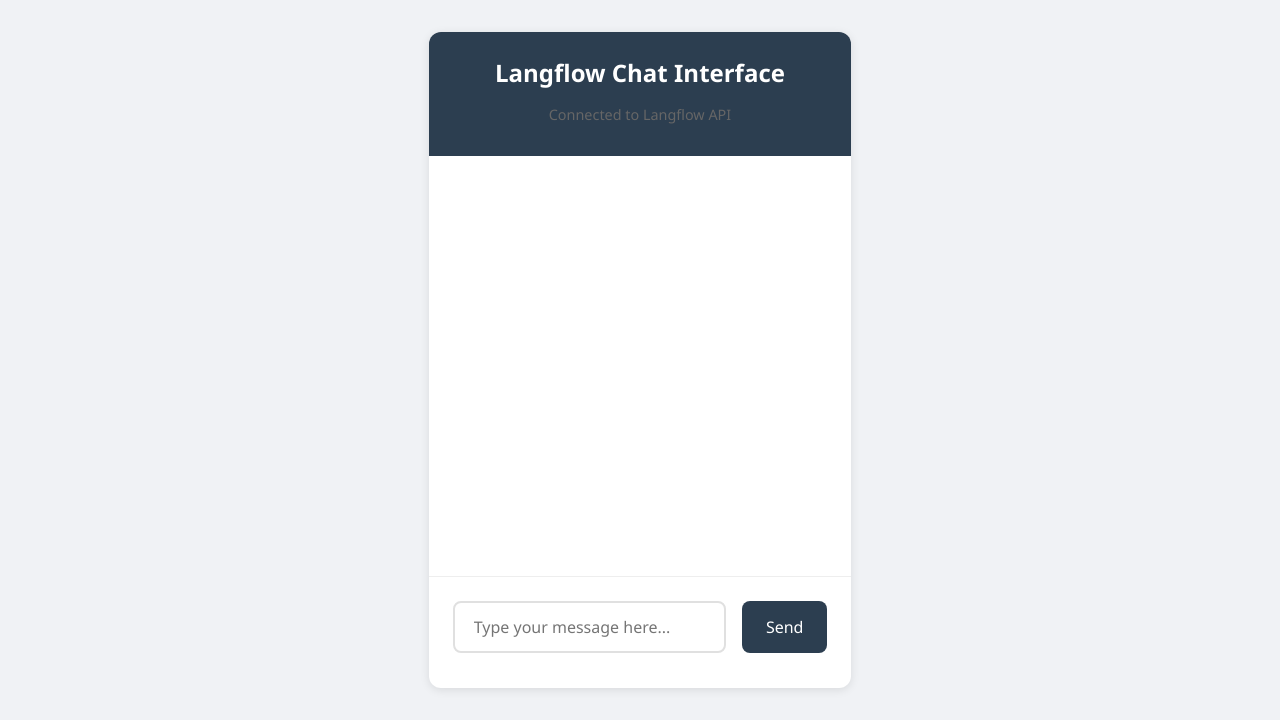
Repository: Tarunkasliwal/BeerBros_mumbai
Page: index.html
An editor plug-in stored every save of this project. The page is shown before and after a run of saves, followed by the edit.
The browser window is 1280 px wide. The pictures show the whole page.

Above is the page before, as saved 2025-01-19 05:26:34.
Console error: SyntaxError: Invalid shorthand property initializer

### index.html
<!DOCTYPE html>
<html lang="en">

<head>
    <meta charset="UTF-8">
    <meta name="viewport" content="width=device-width, initial-scale=1.0">
    <title>Langflow Chat Interface</title>
    <style>
        * {
            margin: 0;
            padding: 0;
            box-sizing: border-box;
            font-family: 'Segoe UI', Tahoma, Geneva, Verdana, sans-serif;
        }

        body {
            background-color: #f0f2f5;
            height: 100vh;
            display: flex;
            flex-direction: column;
        }

        .container {
            max-width: 1200px;
            margin: 2rem auto;
            padding: 0 1rem;
            flex-grow: 1;
            display: flex;
            flex-direction: column;
        }

        .chat-container {
            background: white;
            border-radius: 12px;
            box-shadow: 0 2px 10px rgba(0, 0, 0, 0.1);
            overflow: hidden;
            display: flex;
            flex-direction: column;
            flex-grow: 1;
        }

        .chat-header {
            background: #2c3e50;
            color: white;
            padding: 1.5rem;
            text-align: center;
        }

        .chat-header h1 {
            font-size: 1.5rem;
            margin-bottom: 0.5rem;
        }

        .chat-messages {
            flex-grow: 1;
            padding: 1.5rem;
            overflow-y: auto;
            max-height: calc(100vh - 300px);
        }

        .message {
            margin-bottom: 1rem;
            padding: 1rem;
            border-radius: 8px;
            max-width: 80%;
        }

        .user-message {
            background: #e3f2fd;
            margin-left: auto;
            color: #1565c0;
        }

        .bot-message {
            background: #f5f5f5;
            margin-right: auto;
            color: #333;
        }

        .input-container {
            padding: 1.5rem;
            background: white;
            border-top: 1px solid #eee;
        }

        .input-form {
            display: flex;
            gap: 1rem;
        }

        .message-input {
            flex-grow: 1;
            padding: 0.8rem 1.2rem;
            border: 2px solid #e0e0e0;
            border-radius: 8px;
            font-size: 1rem;
            transition: border-color 0.3s;
        }

        .message-input:focus {
            outline: none;
            border-color: #2c3e50;
        }

        .send-button {
            padding: 0.8rem 1.5rem;
            background: #2c3e50;
            color: white;
            border: none;
            border-radius: 8px;
            cursor: pointer;
            font-size: 1rem;
            transition: background-color 0.3s;
        }

        .send-button:hover {
            background: #34495e;
        }

        .send-button:disabled {
            background: #ccc;
            cursor: not-allowed;
        }

        .loading {
            display: inline-block;
            width: 20px;
            height: 20px;
            border: 3px solid #f3f3f3;
            border-top: 3px solid #2c3e50;
            border-radius: 50%;
            animation: spin 1s linear infinite;
        }

        @keyframes spin {
            0% {
                transform: rotate(0deg);
            }

            100% {
                transform: rotate(360deg);
            }
        }

        .error-message {
            background: #ffebee;
            color: #c62828;
            padding: 1rem;
            margin: 1rem 0;
            border-radius: 8px;
            text-align: center;
        }

        .status-indicator {
            padding: 0.5rem;
            text-align: center;
            font-size: 0.9rem;
            color: #666;
        }
    </style>
</head>

<body>
    <div class="container">
        <div class="chat-container">
            <div class="chat-header">
                <h1>Langflow Chat Interface</h1>
                <div class="status-indicator" id="status">Connected to Langflow API</div>
            </div>
            <div class="chat-messages" id="chat-messages"></div>
            <div class="input-container">
                <form class="input-form" id="chat-form">
                    <input type="text" class="message-input" id="message-input" placeholder="Type your message here..."
                        autocomplete="off">
                    <button type="submit" class="send-button" id="send-button">Send</button>
                </form>
            </div>
        </div>
    </div>

    <script>
        class LangflowClient {
            constructor(baseURL, applicationToken) {
                this.baseURL = baseURL;
                this.applicationToken = applicationToken;
            }

            async post(endpoint, body, headers = { "Content-Type": "application/json" }) {
                headers["Authorization"] = `Bearer ${this.applicationToken}`;
                headers["Content-Type"] = "application/json";
                const url = `${this.baseURL}${endpoint}`;

                try {
                    const response = await fetch(url, {
                        method: 'POST',
                        headers: headers,
                        body: JSON.stringify(body)
                    });

                    const responseMessage = await response.json();
                    if (!response.ok) {
                        throw new Error(`${response.status} ${response.statusText} - ${JSON.stringify(responseMessage)}`);
                    }
                    return responseMessage;
                } catch (error) {
                    console.error('Request Error:', error.message);
                    throw error;
                }
            }

            async initiateSession(flowId, langflowId, inputValue, inputType = 'chat', outputType = 'chat', stream = false, tweaks = {}) {
                const endpoint = `/lf/${langflowId}/api/v1/run/${flowId}?stream=${stream}`;
                return this.post(endpoint, {
                    input_value: inputValue,
                    input_type: inputType,
                    output_type: outputType,
                    tweaks: tweaks
                });
            }

            async runFlow(flowIdOrName, langflowId, inputValue, inputType = 'chat', outputType = 'chat', tweaks = {}, stream = false) {
                try {
                    const response = await this.initiateSession(
                        flowIdOrName,
                        langflowId,
                        inputValue,
                        inputType,
                        outputType,
                        stream,
                        tweaks
                    );
                    return response;
                } catch (error) {
                    console.error('Error running flow:', error);
                    throw error;
                }
            }
        }

        // Configuration
        const CONFIG = {
            baseURL : "https://api.langflow.astra.datastax.com",
            LANGFLOW_ID = "e889a07c-43c2-42ff-ab2a-375f6f7540b3",
            FLOW_ID = "51a07a7b-d922-42c6-809f-4755f23d200d",
            applicationToken: 'AstraCS:SvyOKgnCzEQYkssZplAukyuK:256466296e0ea337e7b78b213e9f8a453f14dc3205e89be0e7c556eefca0c84c',
            tweaks: {
                "ChatInput-SnYiF": {},
                "ChatOutput-o0NcW": {},
                "GroqModel-xbFdE": {}
            }
        };

        // Initialize Langflow Client
        const client = new LangflowClient(CONFIG.baseURL, CONFIG.applicationToken);

        // DOM Elements
        const chatForm = document.getElementById('chat-form');
        const messageInput = document.getElementById('message-input');
        const sendButton = document.getElementById('send-button');
        const chatMessages = document.getElementById('chat-messages');
        const statusIndicator = document.getElementById('status');

        // Helper Functions
        function addMessage(message, isUser = false) {
            const messageDiv = document.createElement('div');
            messageDiv.className = `message ${isUser ? 'user-message' : 'bot-message'}`;
            messageDiv.textContent = message;
            chatMessages.appendChild(messageDiv);
            chatMessages.scrollTop = chatMessages.scrollHeight;
        }

        function setLoading(loading) {
            sendButton.disabled = loading;
            if (loading) {
                sendButton.innerHTML = '<div class="loading"></div>';
                statusIndicator.textContent = 'Processing...';
            } else {
                sendButton.textContent = 'Send';
                statusIndicator.textContent = 'Connected to Langflow API';
            }
        }

        function showError(error) {
            const errorDiv = document.createElement('div');
            errorDiv.className = 'error-message';
            errorDiv.textContent = error;
            chatMessages.appendChild(errorDiv);
            chatMessages.scrollTop = chatMessages.scrollHeight;
        }

        // Form Submit Handler
        chatForm.addEventListener('submit', async (e) => {
            e.preventDefault();

            const message = messageInput.value.trim();
            if (!message) return;

            // Add user message to chat
            addMessage(message, true);
            messageInput.value = '';
            setLoading(true);

            try {
                const response = await client.runFlow(
                    CONFIG.flowId,
                    CONFIG.langflowId,
                    message,
                    'chat',
                    'chat',
                    CONFIG.tweaks,
                    false
                );

                if (response && response.messages && response.messages.length > 0) {
                    // Add bot response to chat
                    addMessage(response.messages[0].message);
                } else {
                    showError('Received empty response from the API');
                }
            } catch (error) {
                console.error('Error:', error);
                showError('Failed to get response from API: ' + error.message);
            } finally {
                setLoading(false);
            }
        });

        // Input handler for better UX
        messageInput.addEventListener('keypress', (e) => {
            if (e.key === 'Enter' && !e.shiftKey) {
                e.preventDefault();
                chatForm.dispatchEvent(new Event('submit'));
            }
        });

        // Initial focus
        messageInput.focus();
    </script>
</body>

</html>

After the next 2 saves:
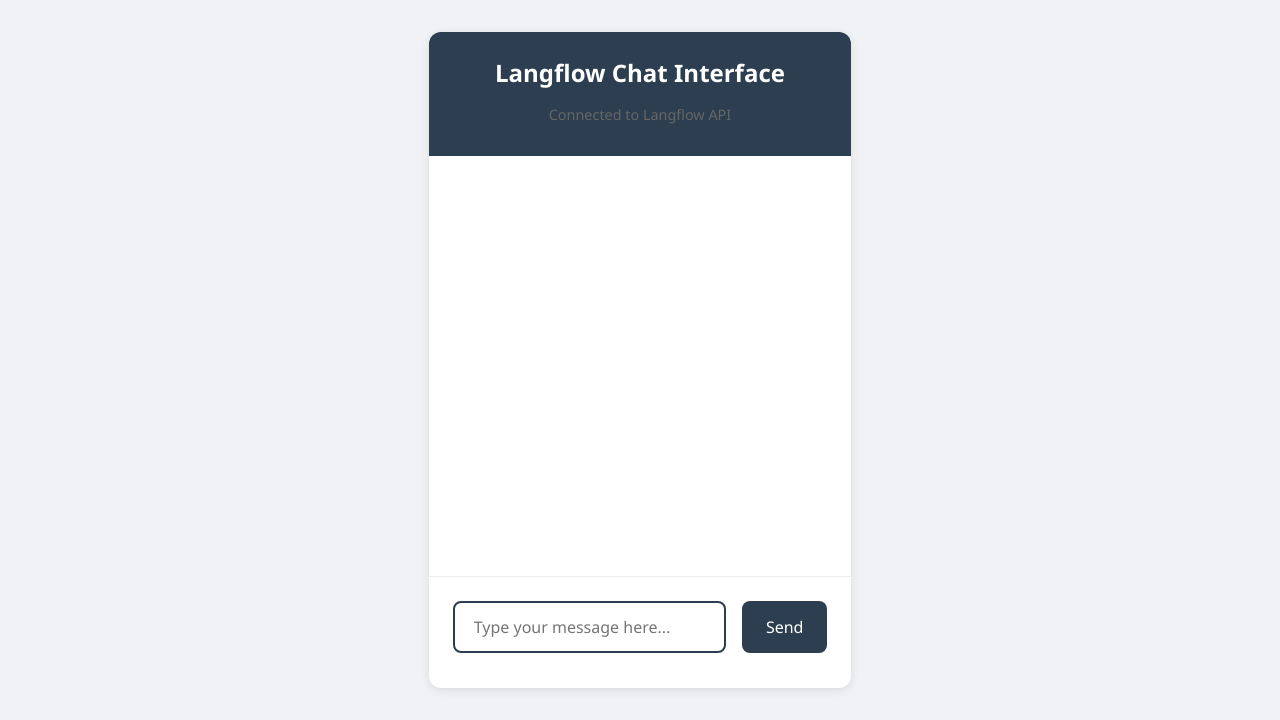
The error is gone.
The 2 saves are shown as one change because they came seconds apart.
The last was saved 7 s later.
--- a/index.html
+++ b/index.html
@@ -240,8 +240,8 @@
         // Configuration
         const CONFIG = {
             baseURL : "https://api.langflow.astra.datastax.com",
-            LANGFLOW_ID = "e889a07c-43c2-42ff-ab2a-375f6f7540b3",
-            FLOW_ID = "51a07a7b-d922-42c6-809f-4755f23d200d",
+            LANGFLOW_ID : "e889a07c-43c2-42ff-ab2a-375f6f7540b3",
+            FLOW_ID : "51a07a7b-d922-42c6-809f-4755f23d200d",
             applicationToken: 'AstraCS:SvyOKgnCzEQYkssZplAukyuK:256466296e0ea337e7b78b213e9f8a453f14dc3205e89be0e7c556eefca0c84c',
             tweaks: {
                 "ChatInput-SnYiF": {},
